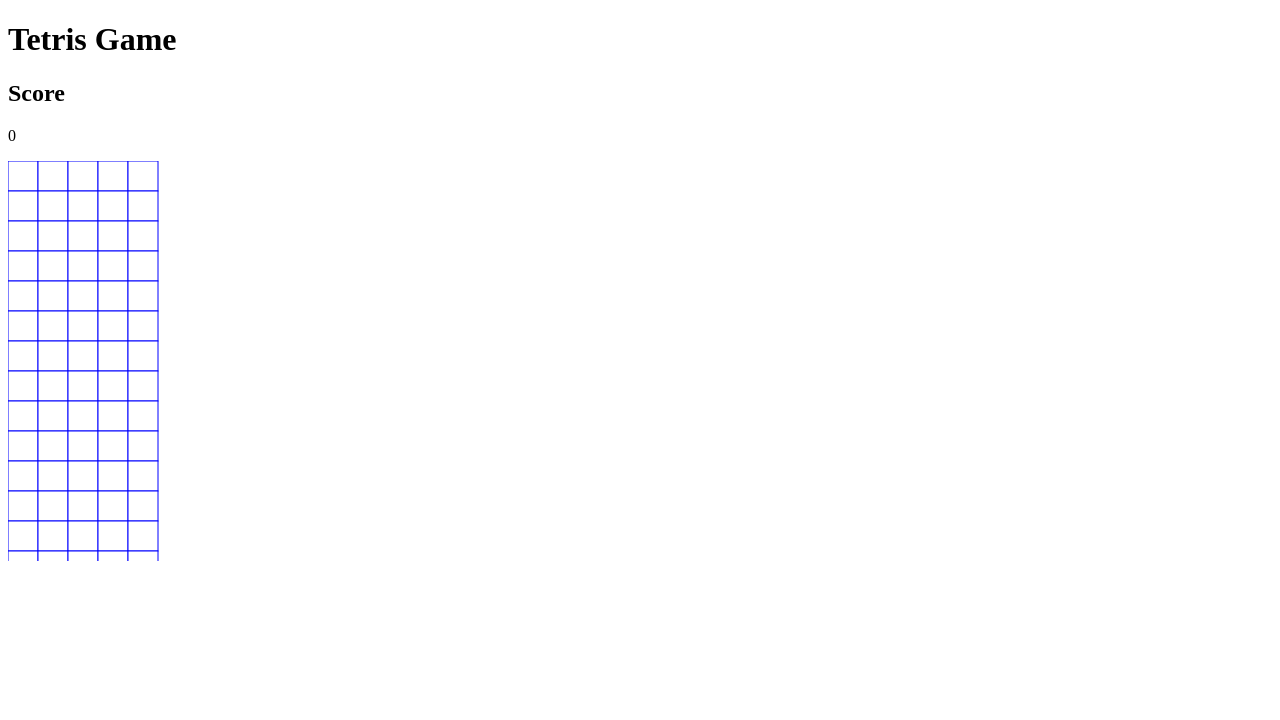
Repository: nlbien22/games
Page: Tetris/index.html
These files come from the project's save history. The page is drawn as it stood at one moment and after the next save; the edit follows.
The browser window is 1280 px wide. The pictures show the whole page.

Above is the page before, as saved 2024-11-14 21:53:53.

After the next save:
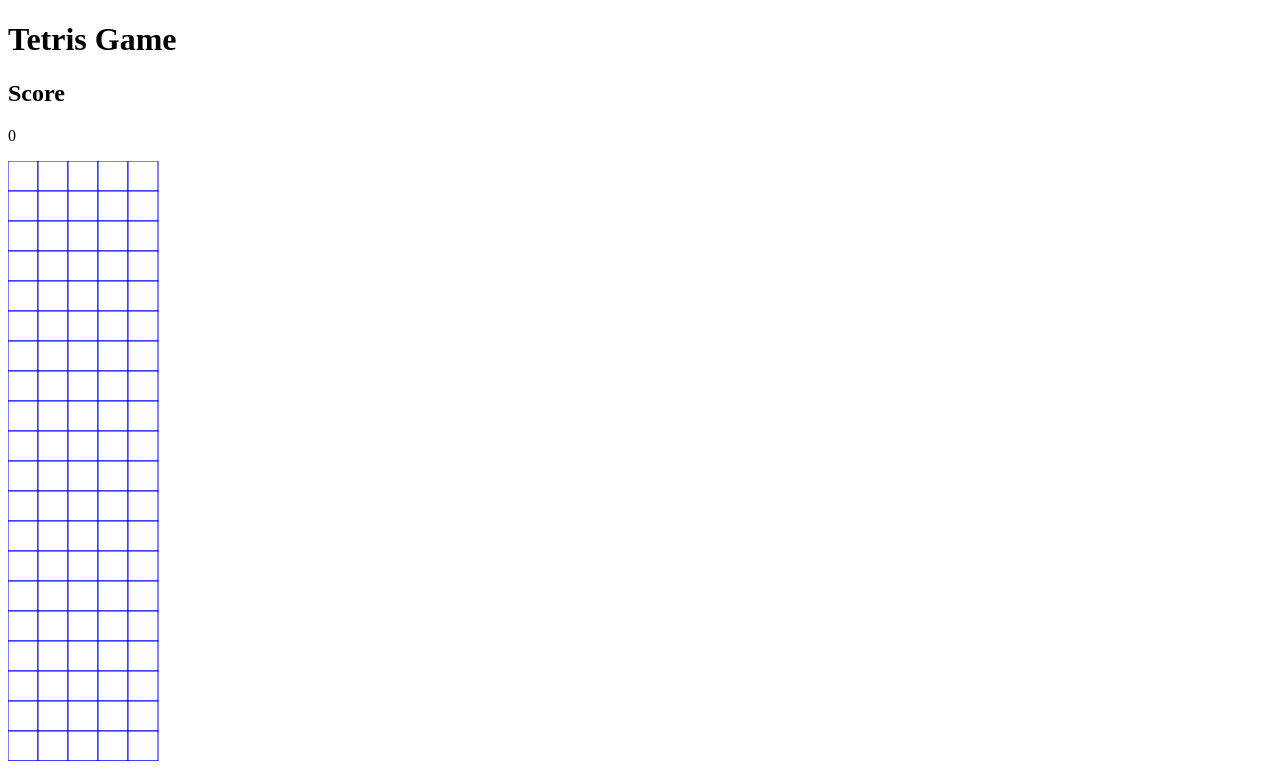
Saved 9 s later.
--- a/Tetris/index.html
+++ b/Tetris/index.html
@@ -12,7 +12,7 @@
         <p id="score">0</p>
     </div>
     <div class="game">
-        <canvas id="tetris" width="600" height="400">
+        <canvas id="tetris" width="" height="600">
         </canvas>
     </div>
     <script src="script.js"></script>
